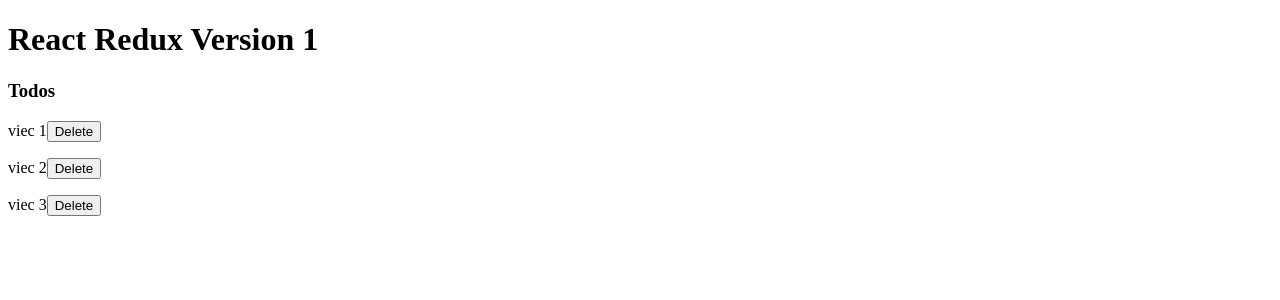
Repository: huynhnt1406/react-redux-tutorial
Page: / (app in react-hooks/)
An editor plug-in stored every save of this project. The page is shown before and after a run of saves, followed by the edit.
The browser window is 1280 px wide. The pictures show the whole page.
The project was rebuilt for these pictures with package versions that can differ from the ones it lists, and the page was loaded fresh each time.

Above is the page before, as saved 2021-06-18 20:51:28.

### react-hooks/src/App.js
import Todos from "./component/Todos";
import TodosContextProvider from "./context/todosContext";

function App() {
  return (
    <TodosContextProvider>
      <div className="App">
        <h1>React Redux Version 1</h1>
        <Todos/>
      </div>
    </TodosContextProvider>
  );
}

export default App;

### react-hooks/src/component/Todos.jsx
import React, { useContext } from 'react'
import { TodosContext } from '../context/todosContext'
import TodoItem from './TodoItem'

function Todos() {
    const tododata = useContext(TodosContext)
    const {todos} = tododata
    return (
        <div>
           <h3>Todos</h3>
           {
                todos.map(todo => (
                    <TodoItem key={todo.id} id={todo.id} title={todo.title}/>
                ))
           }
        </div>
    )
}

export default Todos

### react-hooks/src/context/todosContext.js
import { createContext, useState } from "react";


export const TodosContext = createContext()


const TodosContextProvider = ({children}) => {
    const [todos, setTodos] = useState([
        {
            id:1,
            title:'viec 1',
            completed:false
        },
        {
            id:2,
            title:'viec 2',
            completed:false
        },
        {
            id:3,
            title:'viec 3',
            completed:false
        }
    ])
    const addTodo = (todo) => {
        setTodos([...todos,todo])
    }
    const archiveTodo = (id) => {
        setTodos(todos.filter(todo => todo.id !==id))
    }
    const todosContextData = {
        todos,
        addTodo,
        archiveTodo
    }
    return(
        <TodosContext.Provider value={todosContextData}>
            {children}
        </TodosContext.Provider>
    )
}

export default TodosContextProvider

### react-hooks/src/component/TodoItem.jsx
import React, { useContext } from 'react'
import { TodosContext } from '../context/todosContext'

function TodoItem({id, title}) {

    const {archiveTodo} = useContext(TodosContext)
    return (
        <div>
            <p >{title}<button onClick={() => archiveTodo(id)}>Delete</button></p>
        </div>
    )
}

export default TodoItem

### react-hooks/src/component/TodoForm.jsx
import React, { useState } from 'react'
import { TodosContext } from '../context/todosContext'
import {v4 as uuidv4} from 'uuid'
function TodoForm() {

    const {addTodo} = useContext(TodosContext)

    const [title,setTitle] = useState('')

    const handleChange = (e) => {
        setTitle(e.target.value)
    }
    const handleSubmit = (e) => {
        e.preventDefault()

        if(title !==''){
            addTodo({
                id:uuidv4(),
                title
            })
            setTitle('')
        }
    }

    return (
        <form onSubmit={handleSubmit}>
            <input type="text" value={title} placeholder="add todo..." onChange={handleChange}/>
            <button type="submit">Add</button>
        </form>
    )
}

export default TodoForm

Loaded but not shown: react-hooks/public/index.html (common file); react-hooks/src/index.js (common file); react-hooks/src/reportWebVitals.js (common file)

After the next 2 saves:
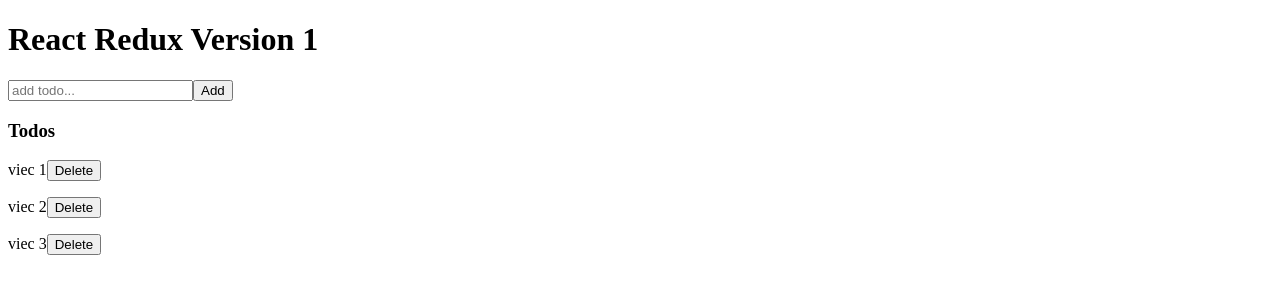
The 2 saves are shown as one change because 1 did not build or start.
The last was saved 41 s later.
--- a/react-hooks/src/App.js
+++ b/react-hooks/src/App.js
@@ -1,3 +1,4 @@
+import TodoForm from "./component/TodoForm";
 import Todos from "./component/Todos";
 import TodosContextProvider from "./context/todosContext";
 
@@ -6,6 +7,7 @@ function App() {
     <TodosContextProvider>
       <div className="App">
         <h1>React Redux Version 1</h1>
+        <TodoForm/>
         <Todos/>
       </div>
     </TodosContextProvider>
--- a/react-hooks/src/component/TodoForm.jsx
+++ b/react-hooks/src/component/TodoForm.jsx
@@ -1,8 +1,7 @@
-import React, { useState } from 'react'
+import React, { useContext, useState } from 'react'
 import { TodosContext } from '../context/todosContext'
 import {v4 as uuidv4} from 'uuid'
 function TodoForm() {
-
     const {addTodo} = useContext(TodosContext)
 
     const [title,setTitle] = useState('')
